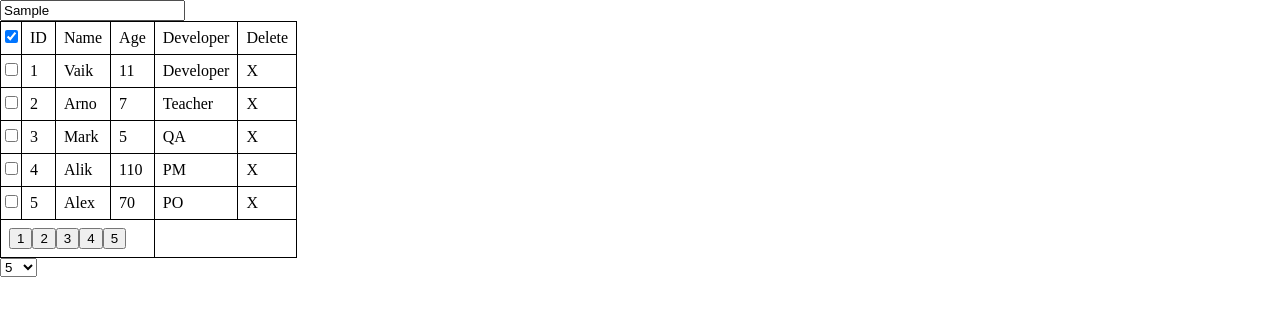
Repository: ArusyakAghajanyan/dataTable
Page: Js/index.html
These files come from the project's save history. The page is drawn as it stood at one moment and after a run of saves; the edit follows.
The browser window is 1280 px wide. The pictures show the whole page.
Empty fields were first filled with sample values (such as "Sample", 5 or name@example.com).
After loading, the first visible `.tRow > input` was changed once.

Above is the page before, as saved 2022-08-16 16:01:56.

After the next 4 saves:
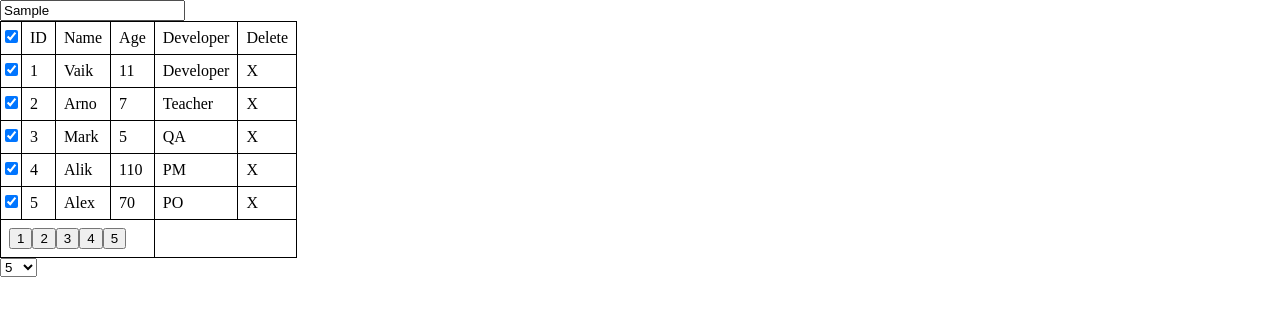
The 4 saves are shown as one change because they came seconds apart.
The last was saved 9 s later.
--- a/Js/assets/js/DataTable.js
+++ b/Js/assets/js/DataTable.js
@@ -59,7 +59,7 @@ class DataTable {
      $allCheckBox.forEach(item => {
        if($thCheckBox.checked) {
          if(item.dataset.id){
-           item.ch
+           item.checked = true;
          }
        }
      })
